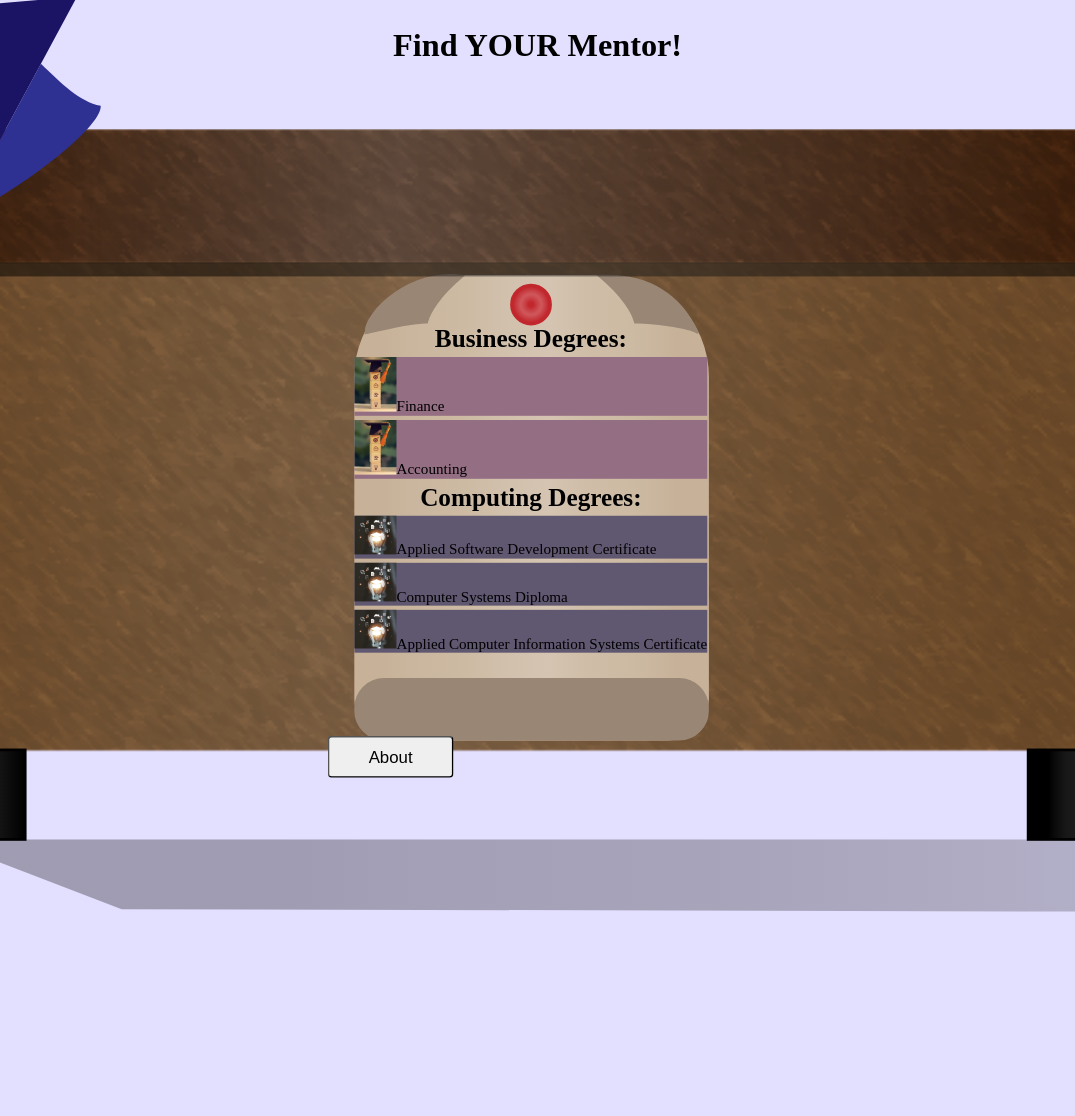
Repository: anikagrewal/week3example
Page: /
An editor plug-in stored every save of this project. The page is shown before and after the next save, followed by the edit.
The browser window is 1280 px wide. The pictures show the whole page, at 84% of full size.
The project was rebuilt for these pictures with package versions that can differ from the ones it lists, and the page was loaded fresh each time. The framework's server and built-in components were replaced by stand-ins that run in the browser. Also part of the build but not shown: next.config.js.

Above is the page before, as saved 2023-01-23 14:16:20.

After the next save:
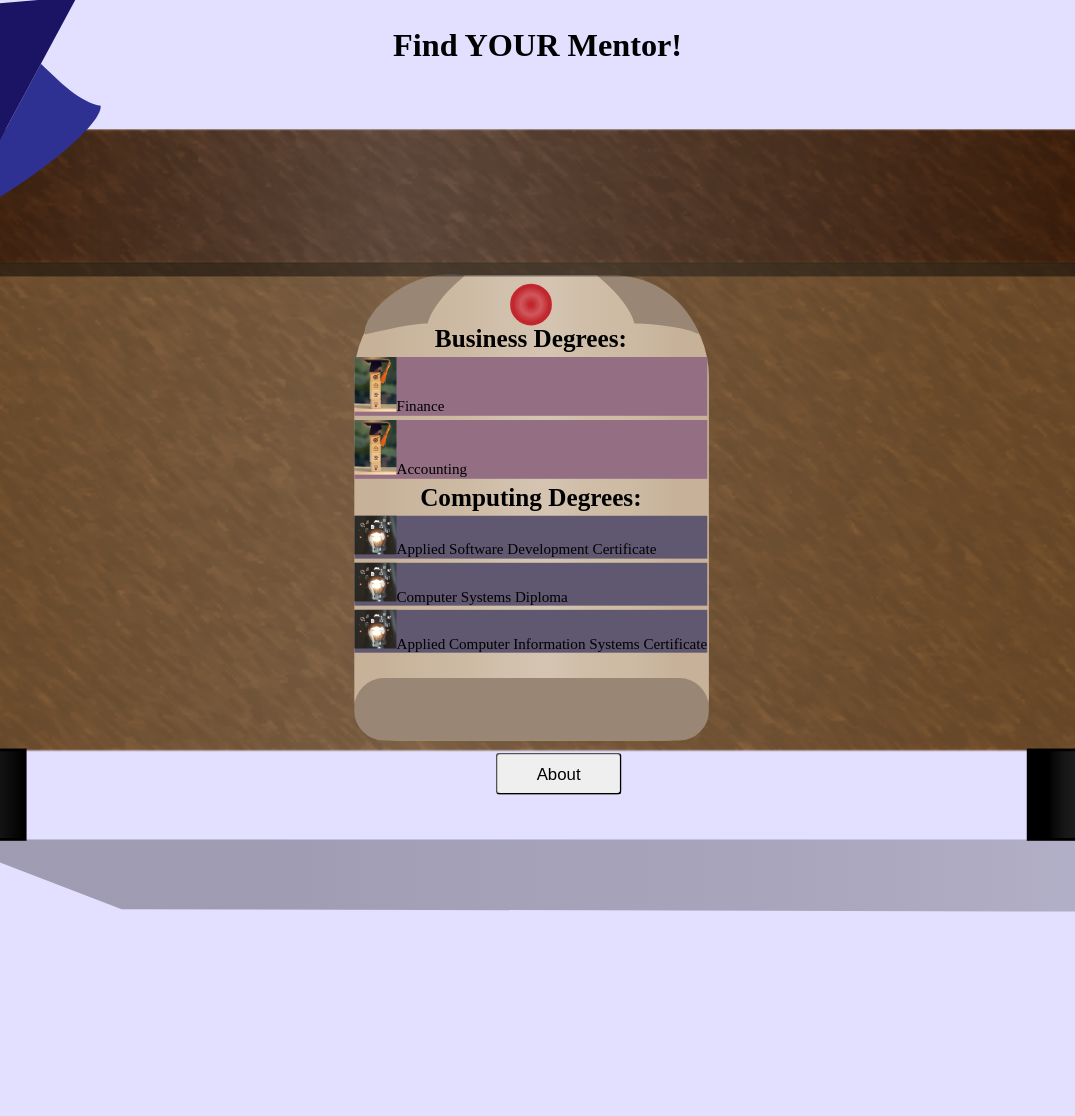
Saved 12 s later.
--- a/styles/Home.module.css
+++ b/styles/Home.module.css
@@ -103,8 +103,8 @@
   height: 50px;
   border-radius: 5px;
   font-size: 20px;
-  margin-top: -420px;
-  margin-left: 800px;
+  margin-top: -400px;
+  margin-left: 1000px;
   z-index: 2;
 }
 
